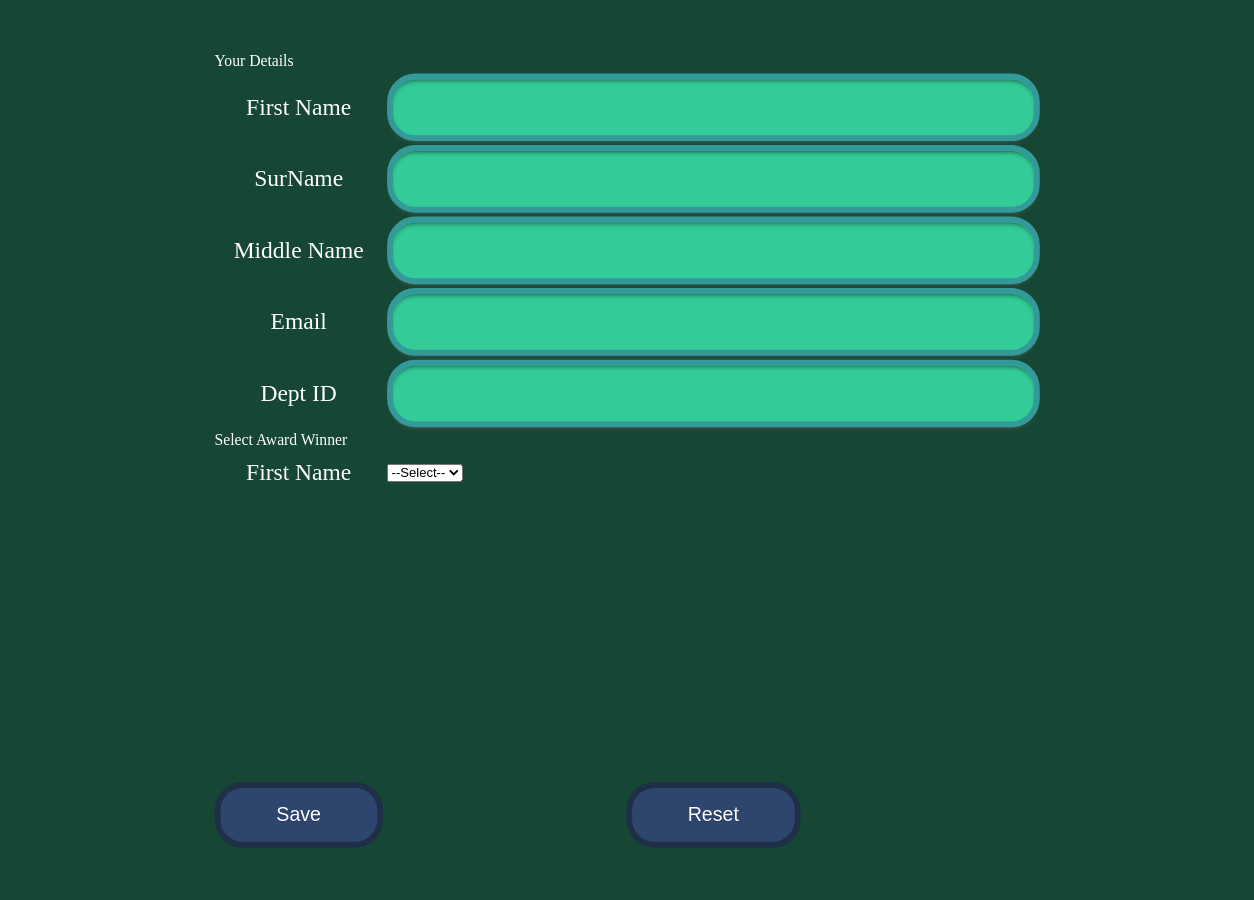
Repository: prajaktamore/Web-Based-Programming-3
Page: http://localhost/BinaryCalculator/Awards.jsp
An editor plug-in stored every save of this project. The page is shown before and after the next save, followed by the edit.
The browser window is 1280 px wide. The pictures show the whole page, at 98% of full size.
The page is served by Tomcat 9.

Above is the page before, as saved 2014-04-30 18:00:39.

After the next save:
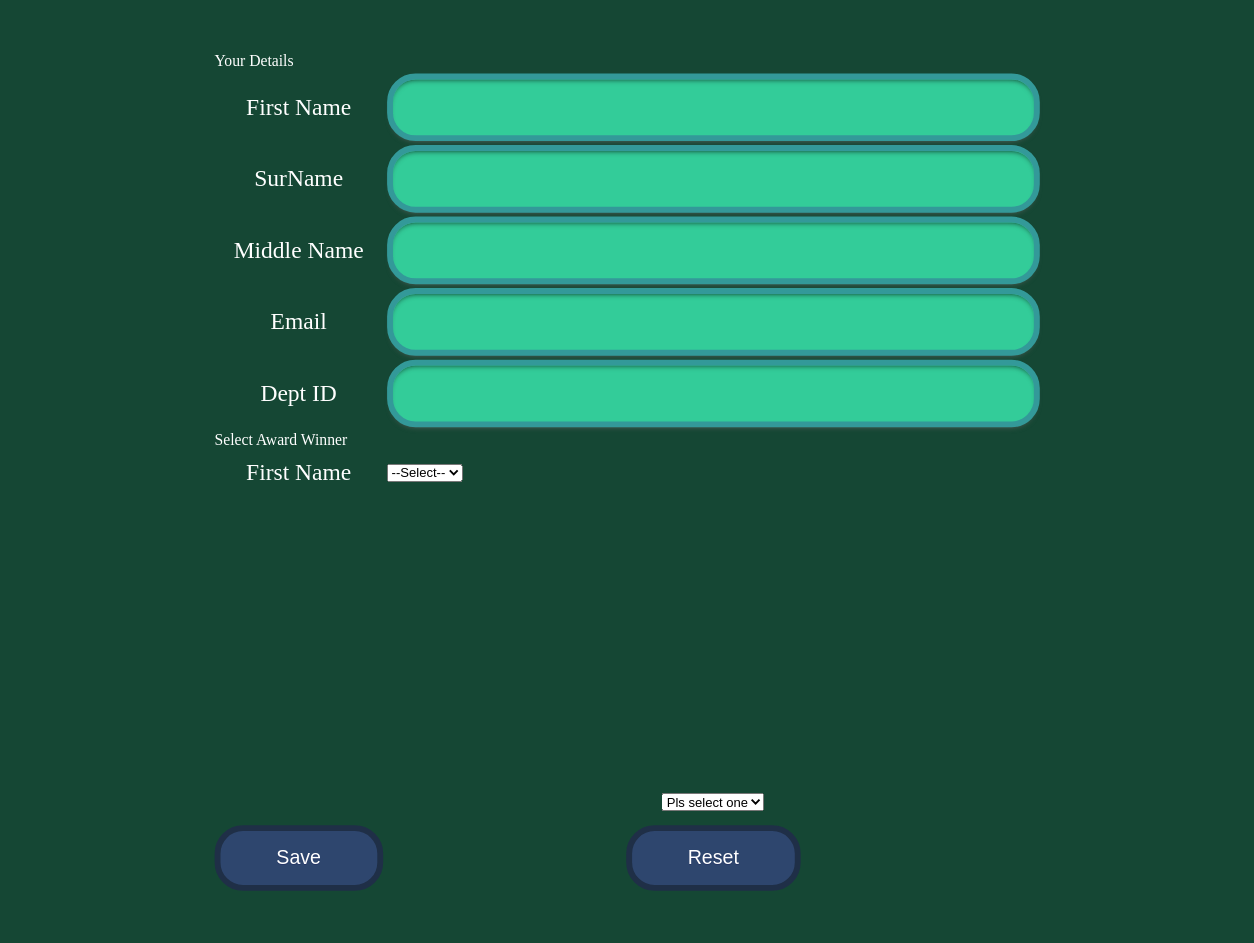
Saved 6 min 17 s later.
--- a/BinaryCalculator/WebContent/Awards.jsp
+++ b/BinaryCalculator/WebContent/Awards.jsp
@@ -124,6 +124,17 @@
 					  <td height="40" align="center"> <label id="lr5" style="color:#ffffff;font-size:24px;visibility:hidden;" >Dept ID</label> </td>
              			 <td align="center"> <input id="r5" name="r5" type="text" style ="background: #33CC99; visibility:hidden;height:55px; width: 600px;text-align:right;font-size:35px; border-radius: 2em; border:6px solid #339999;border-radius:29px; color: #fff; padding-left: 1.5em; outline: none; box-shadow: 0 4px 6px -5px hsl(0, 0%, 40%), inset 0px 4px 6px -5px hsl(0, 0%, 2%)"/></td>
  					</tr>
+ 					<tr>
+					  <td height="40" align="center"> <label id="lr5" style="color:#ffffff;font-size:24px;visibility:hidden;" >Select Award</label> </td>
+             			<td align="center">
+             			 <select name="colour" onchange="document.productForm.submit();">
+					        <option value="dropdown">Pls select one
+					        <option value="apple">Apple
+					        <option value="oragne">Orange
+					        <option value="grapes">Grapes
+					    </select>
+					    </td>
+ 					</tr>
   					<tr>
 						<td align="center"><input type="submit" name="Save" value="Save" style="background-color: #2e466e; color: #ffff; border-radius: 10px;border:6px solid #1f2f47;border-radius:29px;padding:16px 57px;text-shadow:0px 1px 0px #263666;font-size:20px;">
 						<td align="center"><input type="button" name="Reset" value="Reset" onclick="resetTest()" style="background-color: #2e466e; color: #ffff; border-radius: 10px;border:6px solid #1f2f47;border-radius:29px;padding:16px 57px;text-shadow:0px 1px 0px #263666;font-size:20px;">
